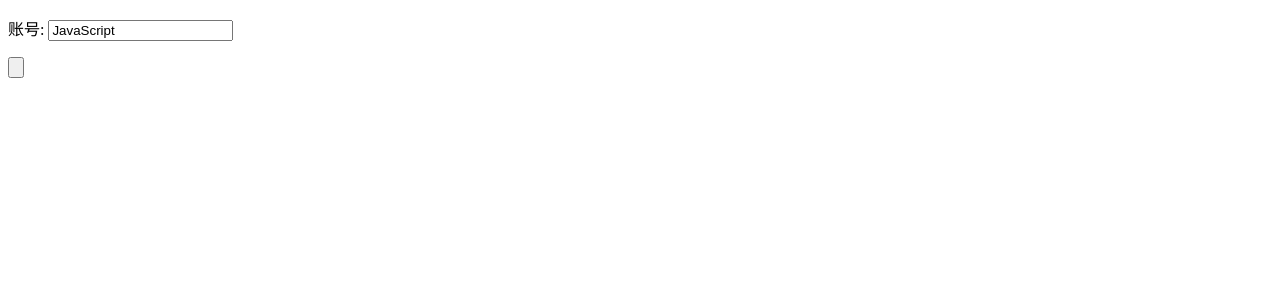
Repository: qyl1006/JavaApps
Page: workspace/html/WebContent/hello/test.html
An editor plug-in stored every save of this project. The page is shown before and after the next save, followed by the edit.
The browser window is 1280 px wide. The pictures show the whole page.

Above is the page before, as saved 2018-02-27 12:35:02.

### workspace/html/WebContent/hello/test.html
<!DOCTYPE html PUBLIC "-//W3C//DTD HTML 4.01 Transitional//EN" "http://www.w3.org/TR/html4/loose.dtd">
<html>
<head>
<meta http-equiv="Content-Type" content="text/html; charset=UTF-8">
<title>测试JS</title>
	<script type="text/javascript" src="index.js"></script>
</head>
<body>
	<form action="#" method="get" id="f1">
		<p>账号: <input type="text" name="username" value="JavaScript"/></p>
		<input type="button" />
	</form>
</body>
</html>

### workspace/html/WebContent/hello/index.js
//JavaScript代码练习

var a = 1;
var b = 5;

//alert("弹出窗口吗?"); //页面弹出窗口
function add(){
	alert(a + b);
}

console.log("test:" + (a + b)); // 浏览器控制台显示

console.log("可以同时存在");

//-----------在js中, 方法没返回值
function getSum(num1, num2){
	console.log(num1 * num2)
}

//调用上述方法
getSum(22, 323);

//
function getSum2(a, b){
	return a + b;
}
var ret = getSum2(65, 1);
console.log(ret);

//------------------------------------------

After the next save:
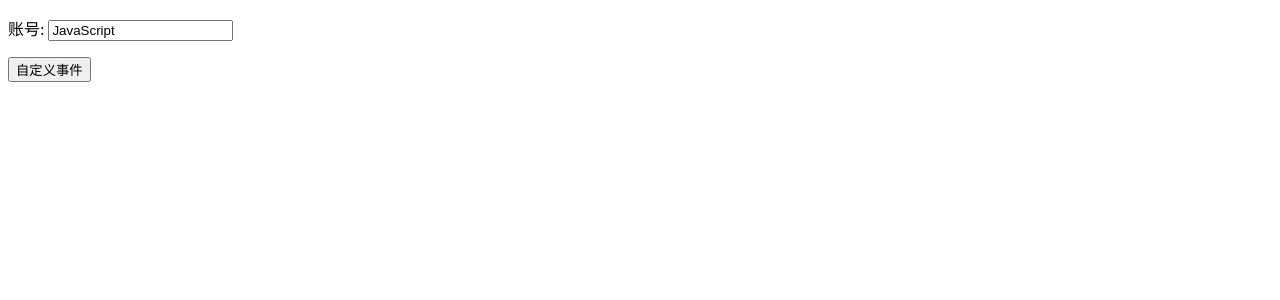
Saved 32 s later.
--- a/workspace/html/WebContent/hello/test.html
+++ b/workspace/html/WebContent/hello/test.html
@@ -8,7 +8,7 @@
 <body>
 	<form action="#" method="get" id="f1">
 		<p>账号: <input type="text" name="username" value="JavaScript"/></p>
-		<input type="button" />
+		<input type="button" value="自定义事件"/>
 	</form>
 </body>
 </html>
